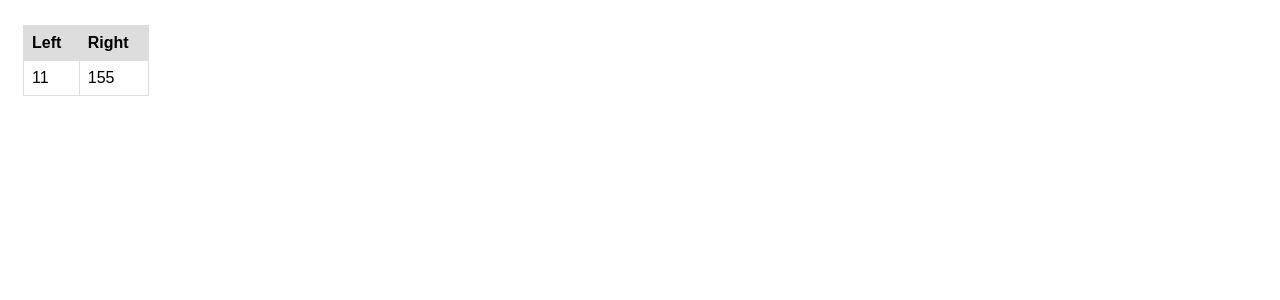
Repository: chyunlee316/element-tracker
Page: http://localhost/
The author's editor kept a record of every edit. The page is drawn from the files as they stood at one moment, then again after the next edit.
The browser window is 1280 px wide. The pictures show the whole page.
The page is served by the project's Node server (server.js).

Above is the page before.

After the next edit:
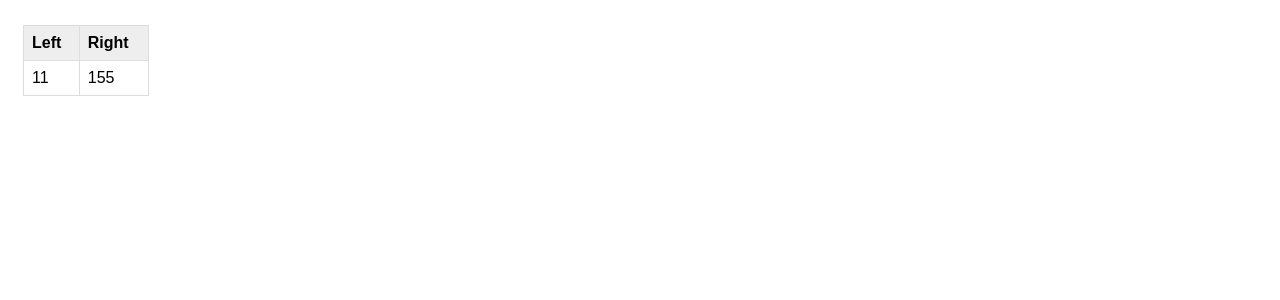
The edit:
--- a/sample-site/views/index.jade
+++ b/sample-site/views/index.jade
@@ -13,7 +13,7 @@
         width: 100%;
       }
       th {
-        background-color: #dddddd;
+        background-color: #eee;
       }
       td, th {
         border: 1px solid #dddddd;
